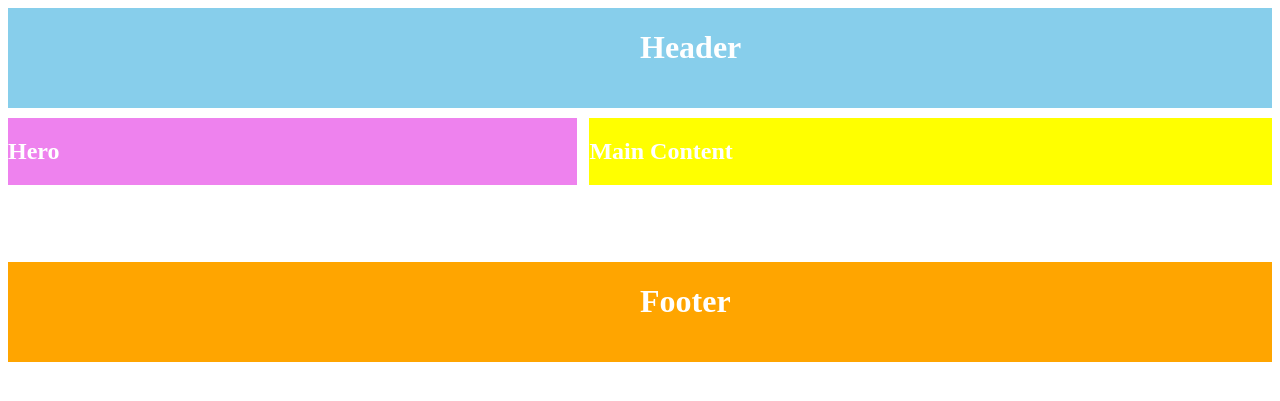
Repository: harshitanthal1/assignments_avisoft
Page: 01-02-2024/assignment_2/index.html
The author's editor kept a copy of each file at every save. The page is drawn from the files as they stood at one save, then again after the next save.
The browser window is 1280 px wide. The pictures show the whole page.

Above is the page before, as saved 2024-02-01 14:03:16.

### 01-02-2024/assignment_2/index.html
<!DOCTYPE html>
<html lang="en">
<head>
    <meta charset="UTF-8">
    <meta name="viewport" content="width=device-width, initial-scale=1.0">
    <title>Assignment 2</title>
    <link rel="stylesheet" href="styles/styles.css" />
</head>
<body>
       <div id="header"><h1>Header</h1></div>
       <div id="main">
           <div id="box1"><h2>Hero</h2></div>
           <div id="box2"><h2>Main Content</h2></div>
           <div id="box3"><h2>Sidebar</h2></div>
           <div id="box4"><h2>Extra Content</h2></div>
           <div id="box5"><h2>Related Images</h2></div>
           <div id="box6"><h2>Related Posts</h2></div>
       </div>
       <div id="footer"><h1>Footer</h1></div>
</body>
</html>

### 01-02-2024/assignment_2/styles/styles.css

#header {
    background-color: skyblue;
    display: flex;
    color: white;
    padding-left: 50%;
    height: 100px;
    margin-bottom: 10px;
}

#main {
    display: flex;
    flex-wrap: wrap;
    color: white;
}

#box1 {
    background-color: violet;
    width: 45%;
    height: 35%;
    margin-right: 1%;
}

#box2 {
    background-color: yellow;
    width: 54%;
}

#box3 {

}

#box4 {

}

#box5 {

}

#box6 {

}

#footer {
    background-color: orange;
    display: flex;
    color: white;
    padding-left: 50%;
    height: 100px;
    margin-top: 10px;
    align-content: flex-end;
}

After the next save:
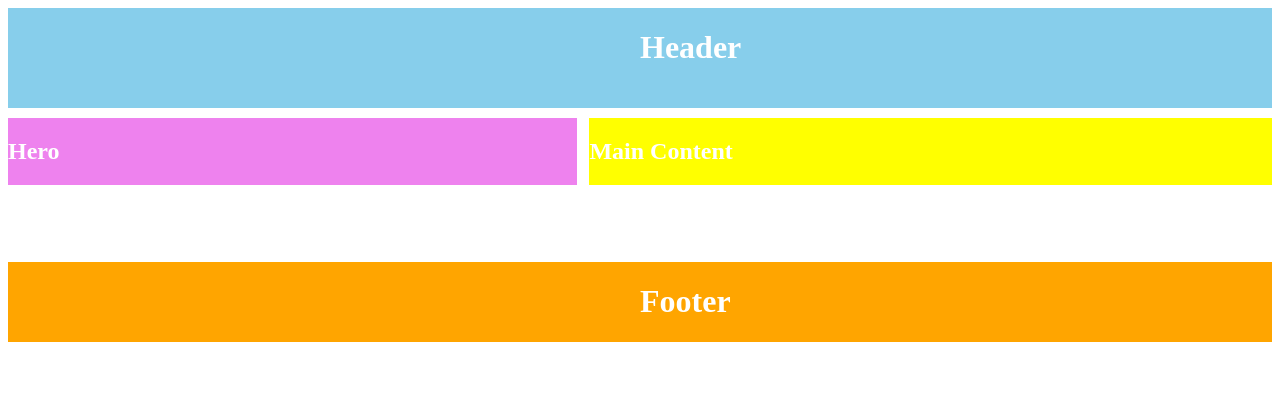
Saved 75 s later.
--- a/01-02-2024/assignment_2/styles/styles.css
+++ b/01-02-2024/assignment_2/styles/styles.css
@@ -47,7 +47,7 @@
     display: flex;
     color: white;
     padding-left: 50%;
-    height: 100px;
+    height: 35%;
     margin-top: 10px;
     align-content: flex-end;
 }

After the save that followed:
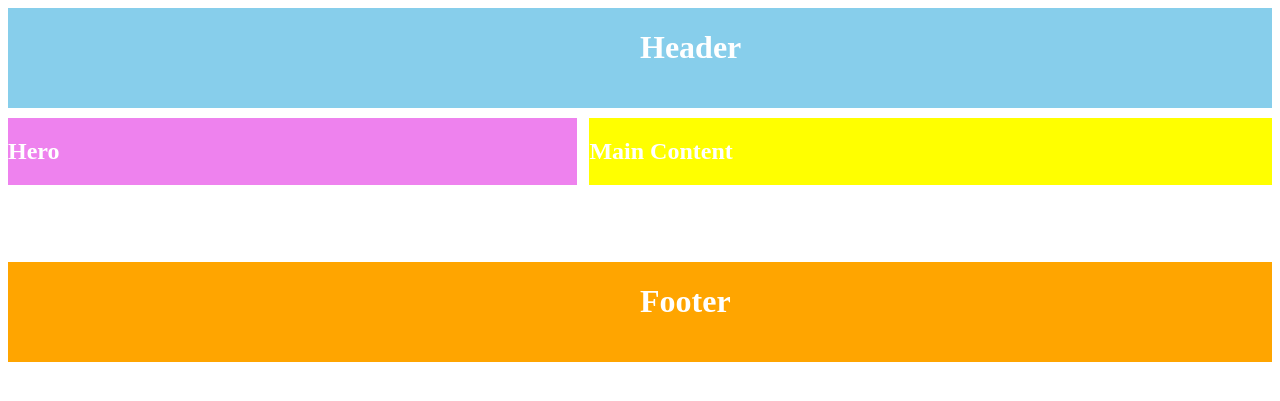
Saved 49 s later.
--- a/01-02-2024/assignment_2/styles/styles.css
+++ b/01-02-2024/assignment_2/styles/styles.css
@@ -24,6 +24,7 @@
 #box2 {
     background-color: yellow;
     width: 54%;
+    height: 60%;
 }
 
 #box3 {
@@ -47,7 +48,7 @@
     display: flex;
     color: white;
     padding-left: 50%;
-    height: 35%;
+    height: 100px;
     margin-top: 10px;
     align-content: flex-end;
 }
